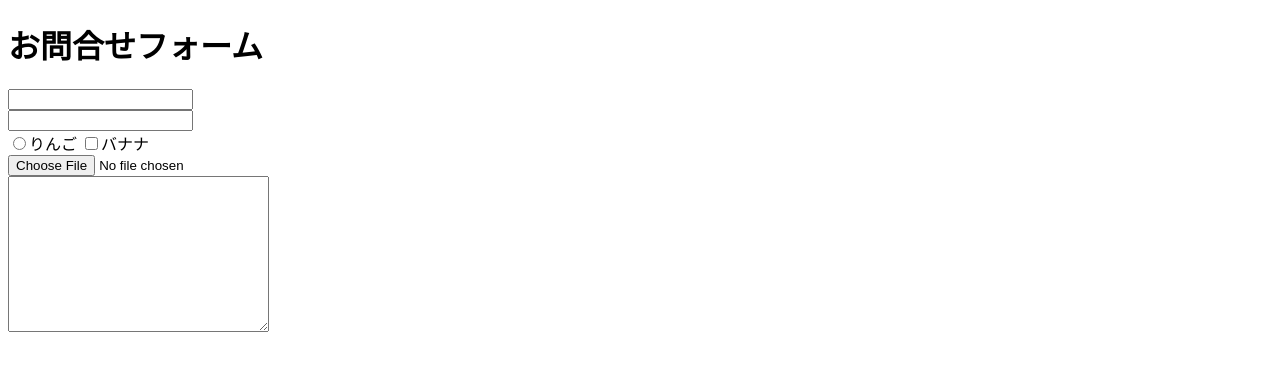
Repository: Jutta197/frontend726
Page: form.html
An editor plug-in stored every save of this project. The page is shown before and after the next save, followed by the edit.
The browser window is 1280 px wide. The pictures show the whole page.

Above is the page before, as saved 2023-07-27 14:47:21.

### form.html
<!DOCTYPE html>
<html lang="en">

<head>
    <meta charset="UTF-8">
    <meta name="viewport" content="width=device-width, initial-scale=1.0">
    <title>Document</title>
</head>

<body>
    <h1>お問合せフォーム</h1>
    <form action="">
        <input type="text"><br>
        <input type="password"><br>
        <input type="radio">りんご
        <input type="checkbox">バナナ<br>
        <input type="file"><br>
        <textarea name="" id="" cols="30" rows="10"></textarea>



    </form>


</body>

</html>

After the next save:
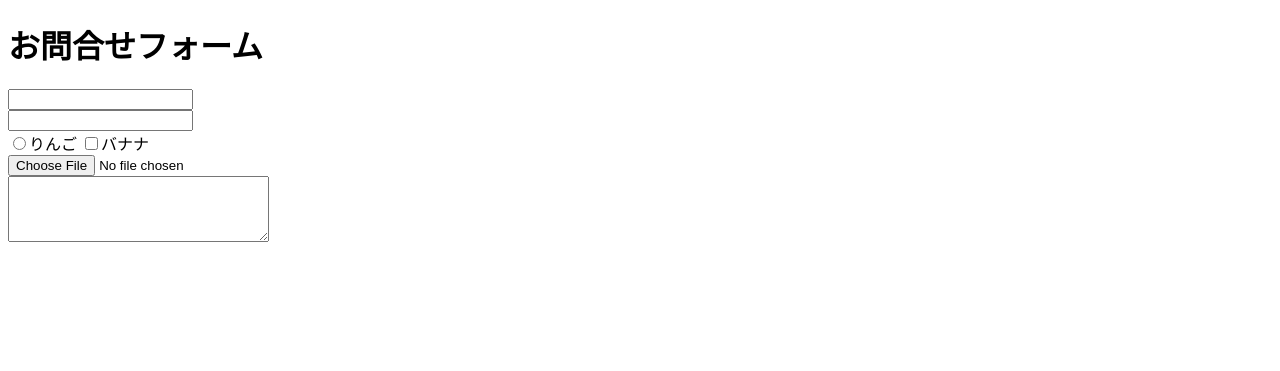
Saved 10 s later.
--- a/form.html
+++ b/form.html
@@ -15,7 +15,7 @@
         <input type="radio">りんご
         <input type="checkbox">バナナ<br>
         <input type="file"><br>
-        <textarea name="" id="" cols="30" rows="10"></textarea>
+        <textarea name="" id="" cols="30" rows="4"></textarea>
 
 
 
